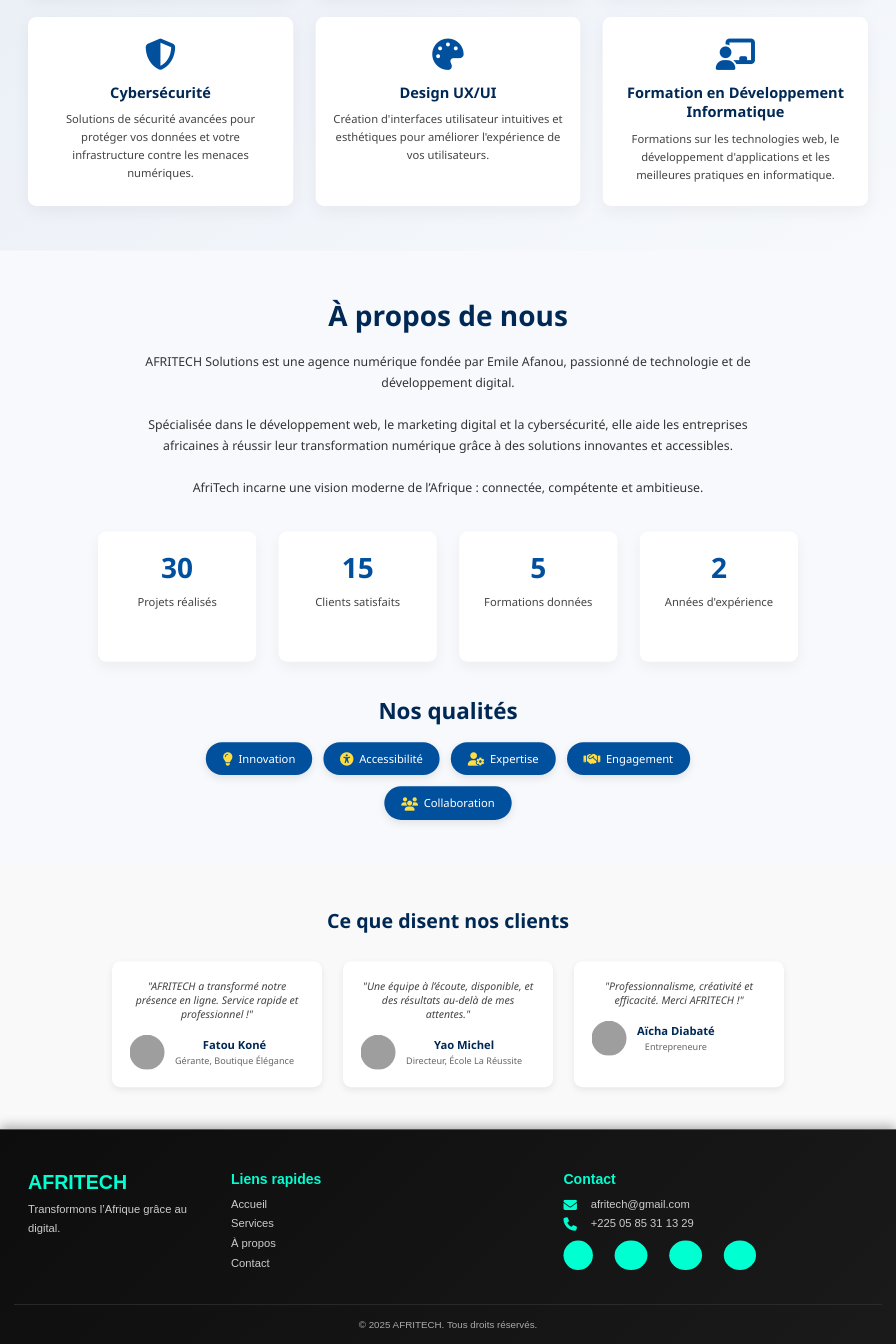
Repository: prestige225/AFRITECH
Page: index.html
These files come from the project's save history. The page is drawn as it stood at one moment and after the next save; the edit follows.
The browser window is 1280 px wide. The pictures show the part of the page from y = 916 to 2836 px (the page is 2836 px tall before and 2820 px after), at 70% of full size.
Pictures or frames that could not be fetched are drawn as grey boxes.

Above is the page before, as saved 2025-07-26 00:08:57.
Console error: TypeError: Cannot read properties of null (reading 'addEventListener')

### index.html

<!DOCTYPE html>
<html lang="en">
<head>
    <meta charset="UTF-8">
    <meta name="viewport" content="width=device-width, initial-scale=1.0">
    <!-- Font Awesome CDN -->
<link rel="stylesheet" href="https://cdnjs.cloudflare.com/ajax/libs/font-awesome/6.4.0/css/all.min.css">
    <link rel="stylesheet" href="style.css">

    <title>AFRITECH</title>
</head>
<body>
    <header>
        <div class="logo">
            <img src="image/logo.jpg" alt="AfanouTech Logo">
            <h1><span>AFRI</span>TECH</h1>
        </div>

         <!-- Bouton hamburger visible sur mobile -->
  <div class="menu-toggle" id="menu-toggle">
    <i class="fas fa-bars"></i>
  </div>


       <nav>
  <ul>
    <li><a href="index.html"><i class="fas fa-home"></i> Accueil</a></li>
    <li><a href="#services"><i class="fas fa-tools"></i> Services</a></li>
    <li><a href="#about"><i class="fas fa-info-circle"></i> À Propos</a></li>
    <li><a href="#contacts" id="openModalLink"><i class="fas fa-envelope"></i> Contact</a></li>

    <li><a href="#qualité"><i class="fas fa-project-diagram"></i> Nos Qualités</a></li>
  </ul>
</nav>

    </header>

<!-- hero -->
 <section class="hero">
    <div class="hero-content">
        <h1>Solutions numériques innovantes pour l'Afrique</h1>

        <p>Nous créons des expériences web exceptionnelles et des stratégies marketing digitales qui propulsent votre entreprise vers le succès.</p>
        <a href="#contacts" class="btn">Contactez-nous</a>
        <a href="#services" class="btn">Nos Services</a>

    </div>
    <div class="hero-image">
        <img src="image/emile.jpg" alt="Image d'accueil">
    </div>

    <div class="couleurpassante en design">

    </div>

 </section>


 <!-- SECTION SERVICES -->
  <section id="services" class="services-section">
            <h2>Nos Services</h2>
    <div class="services">

        <div class="service-item">
            <i class="fas fa-laptop-code"></i>
            <h3>Développement Web</h3>
            <p>Sites vitrines, e-commerce, applications web sur mesure adaptés à vos besoins spécifiques et optimisés pour tous les appareils.</p>
        </div>
        <div class="service-item">
            <i class="fas fa-mobile-alt"></i>
            <h3>Applications Mobiles</h3>
            <p>Développement d'applications mobiles natives et hybrides pour iOS et Android, offrant une expérience utilisateur exceptionnelle.</p>
        </div>
        <div class="service-item">
            <i class="fas fa-chart-line"></i>
            <h3>Marketing Digital</h3>
            <p>Stratégies de marketing digital personnalisées, SEO, publicité en ligne et gestion des réseaux sociaux pour augmenter votre visibilité.</p>
        </div>
        <div class="service-item">
            <i class="fas fa-shield-alt"></i>
            <h3>Cybersécurité</h3>
            <p>Solutions de sécurité avancées pour protéger vos données et votre infrastructure contre les menaces numériques.</p>
        </div>
        <div class="service-item">
            <i class="fas fa-palette"></i>
            <h3>Design UX/UI</h3>
            <p>Création d'interfaces utilisateur intuitives et esthétiques pour améliorer l'expérience de vos utilisateurs.</p>
        </div>

        <div class="service-item">
            <i class="fas fa-chalkboard-teacher"></i>
            <h3>Formation en Développement Informatique</h3>
            <p>Formations sur les technologies web, le développement d'applications et les meilleures pratiques en informatique.</p>
            </div>
    </div>
  </section>
<!-- SECTION apropos -->
<section id="about" class="about-section">
  <h2>À propos de nous</h2>
  <p>
    AFRITECH Solutions est une agence numérique fondée par Emile Afanou, passionné de technologie et de développement digital.<br><br>
    Spécialisée dans le développement web, le marketing digital et la cybersécurité, elle aide les entreprises africaines à réussir leur transformation numérique grâce à des solutions innovantes et accessibles.<br><br>
    AfriTech incarne une vision moderne de l’Afrique : connectée, compétente et ambitieuse.
  </p>

  <!-- COMPTEURS -->
  <div class="counters" id="qualité">
    <div class="counter-box">
      <span class="counter" data-target="30">0</span>
      <p>Projets réalisés</p>
    </div>
    <div class="counter-box">
      <span class="counter" data-target="15">0</span>
      <p>Clients satisfaits</p>
    </div>
    <div class="counter-box">
      <span class="counter" data-target="5">0</span>
      <p>Formations données</p>
    </div>
    <div class="counter-box">
      <span class="counter" data-target="2">0</span>
      <p>Années d'expérience</p>
    </div>
  </div>

  <!-- NOS QUALITÉS -->
  <div class="nos-qualites">
    <h3>Nos qualités</h3>
    <ul>
      <li><i class="fas fa-lightbulb"></i> Innovation</li>
      <li><i class="fas fa-universal-access"></i> Accessibilité</li>
      <li><i class="fas fa-user-cog"></i> Expertise</li>
      <li><i class="fas fa-handshake"></i> Engagement</li>
      <li><i class="fas fa-users"></i> Collaboration</li>
    </ul>
  </div>


  <!-- Bouton pour ouvrir la modale -->
<!-- <button id="openModalBtn" class="open-modal-btn">Contactez-nous</button> -->

<!-- Modale -->
<div id="contactModal" class="modal">
  <div class="modal-content">
    <span id="closeModalBtn" class="close-btn">&times;</span>
    <h2>Contactez-nous</h2>
    <form action="https://formspree.io/f/mabcxyz" method="POST">
      <input type="text" name="name" placeholder="Votre nom" required autocomplete="off" />
      <input type="email" name="email" placeholder="Votre email" required autocomplete="off" />
      <textarea name="message" rows="5" placeholder="Votre message" required></textarea>
      <button type="submit" class="btn">Envoyer</button>
    </form>
  </div>
</div>
</section>


<section id="temoignages" class="temoignages-section">
  <h2>Ce que disent nos clients</h2>
  <div class="temoignages-container">

    <div class="temoignage">
      <p class="message">"AFRITECH a transformé notre présence en ligne. Service rapide et professionnel !"</p>
      <div class="auteur">
        <img src="https://cdn-icons-png.flaticon.com/512/147/147144.png" alt="Avatar femme">
        <div>
          <h4>Fatou Koné</h4>
          <span>Gérante, Boutique Élégance</span>
        </div>
      </div>
    </div>

    <div class="temoignage">
      <p class="message">"Une équipe à l’écoute, disponible, et des résultats au-delà de mes attentes."</p>
      <div class="auteur">
        <img src="https://cdn-icons-png.flaticon.com/512/147/147142.png" alt="Avatar homme">
        <div>
          <h4>Yao Michel</h4>
          <span>Directeur, École La Réussite</span>
        </div>
      </div>
    </div>

    <div class="temoignage">
      <p class="message">"Professionnalisme, créativité et efficacité. Merci AFRITECH !"</p>
      <div class="auteur">
        <img src="https://cdn-icons-png.flaticon.com/512/147/147140.png" alt="Avatar femme">
        <div>
          <h4>Aïcha Diabaté</h4>
          <span>Entrepreneure</span>
        </div>
      </div>
    </div>

  </div>
</section>




<!-- <footer class="footer">
  <div class="footer-container">
    <div class="footer-brand">
      <h2>AFRITECH</h2>
      <p>Transformons l’Afrique grâce au digital.</p>
    </div>
    <div class="footer-links">
      <h4>Liens rapides</h4>
      <ul>
        <li><a href="#">Accueil</a></li>
        <li><a href="#services">Services</a></li>
        <li><a href="#about">À propos</a></li>
        <li><a href="#contacts" id="contacts">Contact</a></li>
      </ul>
    </div>
    <div class="footer-contact">
      <h4>Contact</h4>
      <p><i class="fas fa-envelope"></i>AFRITECH@gmail.com</p>
      <p><i class="fas fa-phone"></i> +225 0585311329</p>
     <div class="social-icons">
  <a href="#" aria-label="Facebook"><i class="fab fa-facebook-f"></i></a>

  <a href="#" aria-label="Instagram"><i class="fab fa-instagram"></i></a>
  <a href="https://wa.me/225XXXXXXXXX" target="_blank" aria-label="WhatsApp">
    <i class="fab fa-whatsapp"></i>
  </a>
  <a href="#" aria-label="TikTok">
    <i class="fab fa-tiktok"></i>
  </a>
</div>

    </div>
  </div>
  <div class="footer-bottom">
    <p>© 2025 AFRITECH. Tous droits réservés.</p>
  </div>
</footer> -->


<footer class="footer">
  <div class="footer-container">
    <div class="footer-brand">
      <h2>AFRITECH</h2>
      <p>Transformons l’Afrique grâce au digital.</p>
    </div>

    <div class="footer-links">
      <h4>Liens rapides</h4>
      <ul>
        <li><a href="#">Accueil</a></li>
        <li><a href="#services">Services</a></li>
        <li><a href="#about">À propos</a></li>
        <li><a href="#contacts">Contact</a></li>
      </ul>
    </div>

    <div class="footer-contact">
      <h4>Contact</h4>
      <p><i class="fas fa-envelope"></i> afritech@gmail.com</p>
      <p><i class="fas fa-phone"></i> +225 05 85 31 13 29</p>
      <div class="social-icons">
        <a href="#" aria-label="Facebook"><i class="fab fa-facebook-f"></i></a>
        <a href="#" aria-label="Instagram"><i class="fab fa-instagram"></i></a>
        <a href="https://wa.me/2250585311329" target="_blank" aria-label="WhatsApp">
          <i class="fab fa-whatsapp"></i>
        </a>
        <a href="#" aria-label="TikTok"><i class="fab fa-tiktok"></i></a>
      </div>
    </div>
  </div>

  <div class="footer-bottom">
    <p>© 2025 AFRITECH. Tous droits réservés.</p>
  </div>
</footer>



    <script src="index.js"></script>

    <!--  -->
</body>



</html>

### style.css

/* ========== RESET ========== */
* {
  margin: 0;
  padding: 0;
  box-sizing: border-box;
}

/* ========== GLOBAL ========== */
body {
  font-family: 'Segoe UI', sans-serif;
  background-color: #f4f4f4;
  color: #333;
}

/* ========== HEADER ========== */
header {
  background-color: #002855;
  color: white;
  padding: 1rem 2rem;
  display: flex;
  justify-content: space-between;
  align-items: center;
  flex-wrap: wrap;
  position: relative;
}

/* Logo */
.logo {
  display: flex;
  align-items: center;
  gap: 10px;
}

.logo img {
  width: 40px;
  height: 40px;
}

.logo h1 {
  font-size: 1.5rem;
  font-weight: bold;
}

.logo span {
  color: #ff8000;
}

/* Navigation */
nav ul {
  list-style: none;
  display: flex;
  gap: 1.5rem;
}

nav a {
  color: white;
  text-decoration: none;
  font-weight: 500;
  transition: 0.3s;
}

nav a:hover {
  color: #ff8000;
}

/* Hamburger button */
.menu-toggle {
  display: none;
  font-size: 1.8rem;
  color: white;
  cursor: pointer;
}

/* ========== RESPONSIVE ========== */
@media (max-width: 768px) {
  nav {
    width: 100%;
  }

  nav ul {
    flex-direction: column;
    background-color: #002855;
    position: absolute;
    top: 100%;
    left: 0;
    right: 0;
    display: none;
    padding: 1rem;
    z-index: 10;
  }

  nav ul.active {
    display: flex;
  }

  .menu-toggle {
    display: block;
  }
}
/* 🎯 SECTION HERO MODERNE */
.hero {
  display: flex;
  flex-wrap: wrap;
  align-items: center;
  justify-content: space-between;
  padding: 3rem 2rem;
  background: linear-gradient(to right, #002855, #00509e);
  color: white;
  position: relative;
  overflow: hidden;
}

/* Contenu texte */
.hero-content {
  flex: 1 1 50%;
  max-width: 600px;
  z-index: 1;
}

.hero-content h1 {
  font-size: 2.5rem;
  margin-bottom: 1rem;
}

.hero-content p {
  font-size: 1.1rem;
  margin-bottom: 2rem;
  line-height: 1.6;
}

/* Boutons */
.hero-content .btn {
  display: inline-block;
  background-color: #ff8000;
  color: white;
  padding: 0.8rem 1.5rem;
  margin-right: 1rem;
  border-radius: 5px;
  text-decoration: none;
  font-weight: bold;
  transition: background 0.3s ease;
}

.hero-content .btn:hover {
  background-color: #e67300;
}

/* Image d’accueil */
.hero-image {
  flex: 1 1 40%;
  text-align: center;
  z-index: 1;
}

.hero-image img {
  width: 100%;
  max-width: 400px;
  height: auto;
  border-radius: 15px;
}

/* Effet décoratif de fond (couleurpassante) */
.couleurpassante {
  position: absolute;
  top: -50px;
  right: -50px;
  width: 300px;
  height: 300px;
  background: radial-gradient(circle, #ffffff22, transparent 70%);
  border-radius: 50%;
  animation: flotter 10s infinite alternate;
  z-index: 0;
}

/* Animation douce */
@keyframes flotter {
  0% {
    transform: translateY(0) rotate(0deg);
  }
  100% {
    transform: translateY(20px) rotate(20deg);
  }
}

/* 📱 Responsive */
@media (max-width: 768px) {
  .hero {
    flex-direction: column;
    text-align: center;
  }

  .hero-content, .hero-image {
    flex: 1 1 100%;
    max-width: 100%;
  }

  .hero-content h1 {
    font-size: 2rem;
  }

  .hero-content p {
    font-size: 1rem;
  }

  .hero-content .btn {
    margin-bottom: 1rem;
  }
}


/* ========== SECTION SERVICES ========== */
.services-section {
  padding: 4rem 2rem;
  background: linear-gradient(to bottom right, #e6ecf5, #f7f9fc);
  text-align: center;
}

.services-section h2 {
  font-size: 2.5rem;
  margin-bottom: 3rem;
  color: #002855;
  font-weight: 700;
}

/* Container de toutes les cartes */
.services {
  display: grid;
  grid-template-columns: repeat(auto-fit, minmax(280px, 1fr));
  gap: 2rem;
  max-width: 1200px;
  margin: 0 auto;
}

/* Style individuel des services */
.service-item {
  background-color: #ffffff;
  border-radius: 12px;
  padding: 2rem 1.5rem;
  box-shadow: 0 8px 25px rgba(0, 0, 0, 0.05);
  transition: transform 0.3s ease, box-shadow 0.3s ease;
}

.service-item:hover {
  transform: translateY(-8px);
  box-shadow: 0 12px 30px rgba(0, 0, 0, 0.1);
}

/* Icône */
.service-item i {
  font-size: 2.8rem;
  color: #00509e;
  margin-bottom: 1rem;
}

/* Titre */
.service-item h3 {
  font-size: 1.3rem;
  margin-bottom: 0.8rem;
  color: #002855;
  font-weight: 600;
}

/* Paragraphe */
.service-item p {
  font-size: 1rem;
  line-height: 1.6;
  color: #444;
}


/* ===== SECTION À PROPOS ===== */
.about-section {
  padding: 4rem 2rem;
  text-align: center;
  background: #f7f9fc;
}

.about-section h2 {
  font-size: 2.5rem;
  color: #002855;
  margin-bottom: 1.5rem;
}

.about-section p {
  max-width: 900px;
  margin: 0 auto 3rem;
  font-size: 1.1rem;
  line-height: 1.8;
  color: #333;
}

/* ===== SECTION À PROPOS ===== */
.about-section {
  padding: 4rem 2rem;
  text-align: center;
  background: #f7f9fc;
  font-family: 'Segoe UI', Tahoma, Geneva, Verdana, sans-serif;
}

.about-section h2 {
  font-size: 2.5rem;
  color: #002855;
  margin-bottom: 1.5rem;
  font-weight: 700;
}

.about-section p {
  max-width: 900px;
  margin: 0 auto 3rem;
  font-size: 1.1rem;
  line-height: 1.7;
  color: #333;
}

.about-section {
  padding: 4rem 2rem;
  text-align: center;
  background: #f7f9fc;
  font-family: 'Segoe UI', Tahoma, Geneva, Verdana, sans-serif;
}

.about-section h2 {
  font-size: 2.5rem;
  color: #002855;
  margin-bottom: 1.5rem;
  font-weight: 700;
}

.about-section p {
  max-width: 900px;
  margin: 0 auto 3rem;
  font-size: 1.1rem;
  line-height: 1.7;
  color: #333;
}

/* Compteurs */
.counters {
  display: grid;
  grid-template-columns: repeat(auto-fit, minmax(160px, 1fr));
  gap: 2rem;
  max-width: 1000px;
  margin: 0 auto 3rem;
}

.counter-box {
  background: #fff;
  border-radius: 12px;
  padding: 1.5rem;
  box-shadow: 0 8px 20px rgba(0, 0, 0, 0.05);
  transition: transform 0.3s ease;
}

.counter-box:hover {
  transform: translateY(-5px);
}

.counter {
  font-size: 2.5rem;
  font-weight: 700;
  color: #00509e;
  display: block;
}

.counter-box p {
  margin-top: 0.5rem;
  font-size: 1rem;
  color: #444;
}

/* Nos qualités */
.nos-qualites {
  margin-top: 3rem;
  max-width: 800px;
  margin-left: auto;
  margin-right: auto;
  text-align: center;
}

.nos-qualites h3 {
  font-size: 2rem;
  color: #002855;
  margin-bottom: 1.5rem;
  font-weight: 700;
}

.nos-qualites ul {
  list-style: none;
  padding: 0;
  display: flex;
  flex-wrap: wrap;
  justify-content: center;
  gap: 1rem;
}

.nos-qualites li {
  background-color: #00509e;
  color: #fff;
  padding: 0.8rem 1.5rem;
  border-radius: 25px;
  font-size: 1rem;
  font-weight: 500;
  box-shadow: 0 4px 12px rgba(0, 0, 0, 0.1);
  display: flex;
  align-items: center;
  gap: 0.5rem;
  transition: background 0.3s ease;
}

.nos-qualites li:hover {
  background-color: #003f7f;
}

.nos-qualites li i {
  color: #ffdd40;
  font-size: 1.2rem;
}

/* Responsive */
@media (max-width: 768px) {
  .about-section h2 {
    font-size: 2rem;
  }

  .about-section p {
    font-size: 1rem;
    padding: 0 1rem;
  }

  .counter {
    font-size: 2rem;
  }

  .counter-box p {
    font-size: 0.95rem;
  }

  .nos-qualites li {
    font-size: 0.95rem;
    padding: 0.7rem 1.2rem;
  }
}

@media (max-width: 480px) {
  .counters {
    grid-template-columns: 1fr;
  }

  .nos-qualites ul {
    flex-direction: column;
    gap: 1rem;
  }

  .nos-qualites li {
    justify-content: center;
  }
}


/* Bouton pour ouvrir la modale */
.open-modal-btn {
  padding: 10px 20px;
  background-color: #00509e;
  color: white;
  border: none;
  border-radius: 25px;
  cursor: pointer;
  font-size: 1rem;
  margin: 2rem auto;
  display: block;
}

.open-modal-btn:hover {
  background-color: #003f7f;
}

/* Bouton ouvrir modale */
.open-modal-btn {
  padding: 10px 20px;
  background-color: #00509e;
  color: white;
  border: none;
  border-radius: 25px;
  cursor: pointer;
  font-size: 1rem;
  display: inline-block;
  margin: 1rem auto;
}

.open-modal-btn:hover {
  background-color: #003f7f;
}

/* Modale masquée par défaut */
.modal {
  display: none;
  position: fixed;
  z-index: 10000;
  top: 0; left: 0;
  width: 100vw;
  height: 100vh;
  background-color: rgba(0,0,0,0.7);
  justify-content: center;
  align-items: center;
  padding: 1rem;
}

/* Afficher modale */
.modal.show {
  display: flex;
}

/* Contenu modale */
.modal-content {
  background-color: #fff;
  border-radius: 10px;
  max-width: 500px;
  width: 100%;
  padding: 2rem;
  position: relative;
  box-shadow: 0 0 15px rgba(0,0,0,0.3);
  animation: fadeInScale 0.3s ease forwards;
}

@keyframes fadeInScale {
  from {opacity: 0; transform: scale(0.9);}
  to {opacity: 1; transform: scale(1);}
}

.modal-content h2 {
  color: #003f7f;
  margin-bottom: 1rem;
  text-align: center;
}

.modal-content form {
  display: flex;
  flex-direction: column;
  gap: 1rem;
}

input, textarea {
  padding: 1rem;
  font-size: 1rem;
  border-radius: 8px;
  border: 1px solid #ccc;
  outline: none;
  font-family: inherit;
  transition: border-color 0.3s ease;
}

input:focus, textarea:focus {
  border-color: #00509e;
}

button.btn {
  background-color: #00509e;
  color: white;
  padding: 0.9rem;
  font-weight: 600;
  border: none;
  border-radius: 25px;
  cursor: pointer;
  font-size: 1rem;
  transition: background-color 0.3s ease;
}

button.btn:hover {
  background-color: #003f7f;
}

/* Bouton fermer modale */
.close-btn {
  position: absolute;
  top: 15px;
  right: 15px;
  font-size: 1.8rem;
  color: #777;
  cursor: pointer;
  transition: color 0.3s ease;
}

.close-btn:hover {
  color: #000;
}

/* Responsive */
@media (max-width: 600px) {
  .modal-content {
    padding: 1.5rem;
  }
}

.footer {
  background: #121623;
  color: #d1d5db;
  padding: 3rem 1rem 1rem;
  font-family: 'Segoe UI', Tahoma, Geneva, Verdana, sans-serif;
}

.footer-container {
  max-width: 1100px;
  margin: 0 auto;
  display: flex;
  flex-wrap: wrap;
  gap: 3rem;
  justify-content: space-between;
}

.footer-brand h2 {
  font-size: 2rem;
  color: #4f46e5; /* violet doux */
  margin-bottom: 0.5rem;
  font-weight: 700;
}

.footer-brand p {
  font-size: 1rem;
  color: #9ca3af;
  max-width: 250px;
}

.footer-links,
.footer-contact {
  flex: 1 1 220px;
}

.footer-links h4,
.footer-contact h4 {
  font-size: 1.2rem;
  color: #e0e7ff;
  margin-bottom: 1rem;
  font-weight: 600;
}

.footer-links ul {
  list-style: none;
  padding: 0;
}

.footer-links ul li {
  margin-bottom: 0.7rem;
}

.footer-links ul li a {
  color: #9ca3af;
  text-decoration: none;
  transition: color 0.3s ease;
  font-weight: 500;
}

.footer-links ul li a:hover {
  color: #4f46e5;
}

.footer-contact p {
  display: flex;
  align-items: center;
  gap: 0.6rem;
  margin-bottom: 1rem;
  font-weight: 500;
  color: #9ca3af;
}

.footer-contact i {
  color: #4f46e5;
  font-size: 1.2rem;
}

.social-icons {
  display: flex;
  gap: 1rem;
  margin-top: 0.5rem;
}

.social-icons a {
  color: #9ca3af;
  font-size: 1.4rem;
  transition: color 0.3s ease;
}

.social-icons a:hover {
  color: #4f46e5;
}

/* === Footer Styling === */
.footer {
  background: linear-gradient(135deg, #0d0d0d, #1a1a1a);
  color: #fff;
  padding: 60px 20px 20px;
  font-family: 'Poppins', sans-serif;
  box-shadow: 0 -5px 15px rgba(0, 0, 0, 0.3);
}

.footer-container {
  display: flex;
  flex-wrap: wrap;
  justify-content: space-between;
  gap: 40px;
  max-width: 1200px;
  margin: auto;
}

.footer-brand h2 {
  font-size: 28px;
  color: #00ffd1;
  margin-bottom: 10px;
}

.footer-brand p {
  font-size: 16px;
  line-height: 1.6;
  color: #ccc;
}

.footer-links h4,
.footer-contact h4 {
  font-size: 20px;
  margin-bottom: 15px;
  color: #00ffd1;
}

.footer-links ul {
  list-style: none;
  padding: 0;
}

.footer-links ul li {
  margin-bottom: 10px;
}

.footer-links ul li a {
  color: #ccc;
  text-decoration: none;
  transition: color 0.3s ease;
}

.footer-links ul li a:hover {
  color: #00ffd1;
}

.footer-contact p {
  font-size: 16px;
  margin: 8px 0;
  color: #ccc;
}

.footer-contact i {
  margin-right: 10px;
  color: #00ffd1;
}

.social-icons {
  margin-top: 15px;
}

.social-icons a {
  display: inline-block;
  margin-right: 15px;
  color: #fff;
  font-size: 18px;
  background: #00ffd1;
  padding: 10px;
  border-radius: 50%;
  transition: transform 0.3s, background 0.3s;
}

.social-icons a:hover {
  background: #00bfa6;
  transform: scale(1.1);
}

.footer-bottom {
  text-align: center;
  padding-top: 20px;
  font-size: 14px;
  border-top: 1px solid #333;
  color: #aaa;
  margin-top: 40px;
}

/* === Responsive Design === */
@media screen and (max-width: 768px) {
  .footer-container {
    flex-direction: column;
    align-items: center;
    text-align: center;
  }

  .footer-links,
  .footer-contact {
    margin-top: 20px;
  }

  .social-icons a {
    margin: 10px 8px 0 8px;
  }
}

html {
  scroll-behavior: smooth;
}


.temoignages-section {
  padding: 60px 20px;
  background-color: #f9f9f9;
  text-align: center;
}

.temoignages-section h2 {
  font-size: 28px;
  margin-bottom: 40px;
  color: #002855;
  font-weight: 700

}

.temoignages-container {
  display: flex;
  flex-wrap: wrap;
  justify-content: center;
  gap: 30px;
}

.temoignage {
  background: white;
  padding: 25px;
  max-width: 300px;
  border-radius: 12px;
  box-shadow: 0 4px 10px rgba(0,0,0,0.08);
  transition: transform 0.3s ease;
}

.temoignage:hover {
  transform: translateY(-5px);
}

.message {
  font-style: italic;
  font-size: 15px;
  color: #444;
  margin-bottom: 20px;
}

.auteur {
  display: flex;
  align-items: center;
  gap: 15px;
}

.auteur img {
  width: 50px;
  height: 50px;
  border-radius: 50%;
  object-fit: cover;
}

.auteur h4 {
  margin: 0;
  font-size: 16px;
  color: #002855;
}

.auteur span {
  font-size: 13px;
  color: #666;
}

@media (max-width: 768px) {
  .temoignages-container {
    flex-direction: column;
    align-items: center;
  }
}

Loaded but not shown: index.js (59 lines, source omitted)

After the next save:
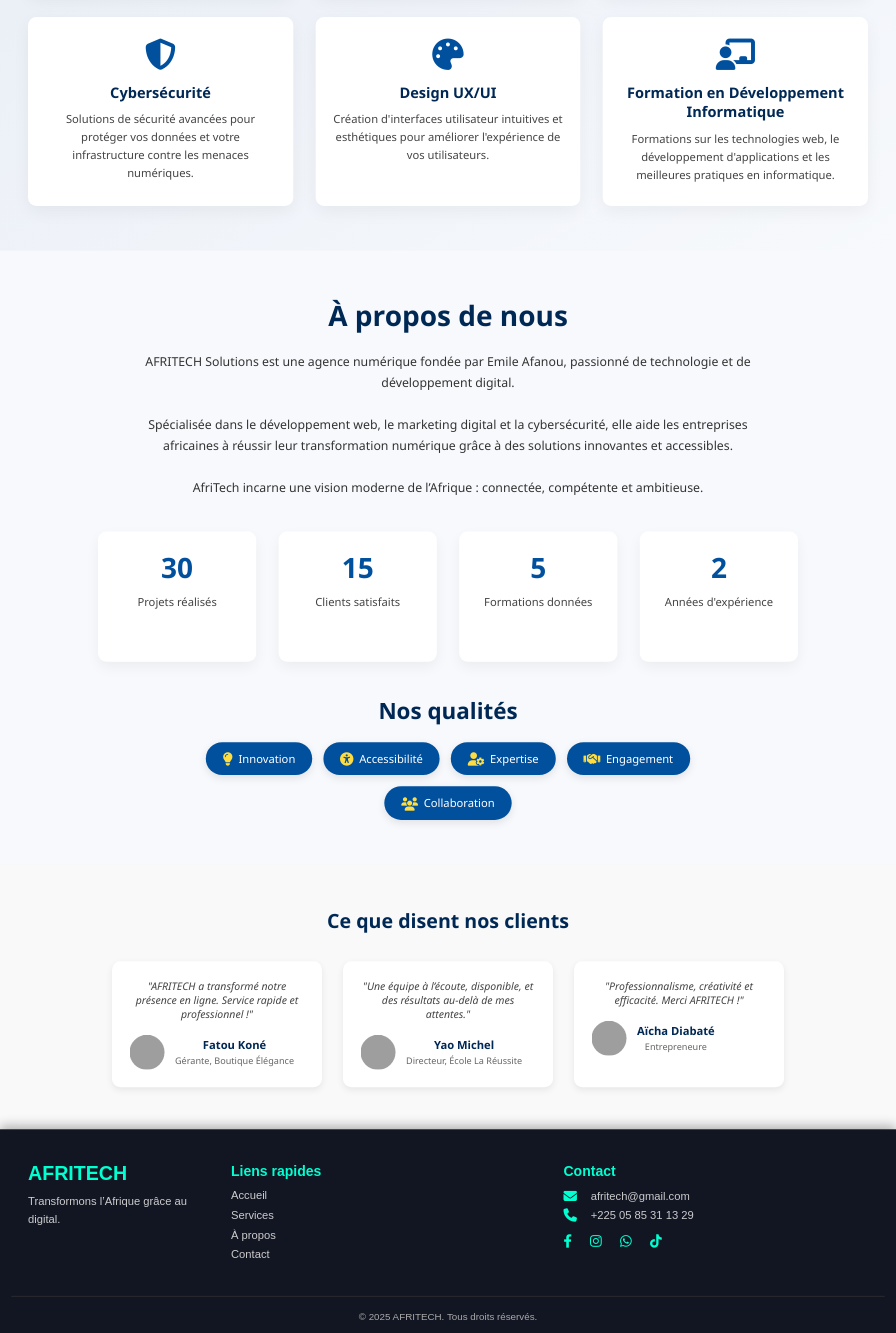
Saved 3 min 28 s later.
--- a/style.css
+++ b/style.css
@@ -686,11 +686,17 @@ button.btn:hover {
 
 /* === Footer Styling === */
 .footer {
-  background: linear-gradient(135deg, #0d0d0d, #1a1a1a);
-  color: #fff;
-  padding: 60px 20px 20px;
+
+
   font-family: 'Poppins', sans-serif;
   box-shadow: 0 -5px 15px rgba(0, 0, 0, 0.3);
+
+
+
+   background: #121623;
+  color: #d1d5db;
+  padding: 3rem 1rem 1rem;
+
 }
 
 .footer-container {
@@ -755,7 +761,7 @@ button.btn:hover {
   margin-top: 15px;
 }
 
-.social-icons a {
+/* .social-icons a {
   display: inline-block;
   margin-right: 15px;
   color: #fff;
@@ -769,7 +775,7 @@ button.btn:hover {
 .social-icons a:hover {
   background: #00bfa6;
   transform: scale(1.1);
-}
+} */
 
 .footer-bottom {
   text-align: center;
